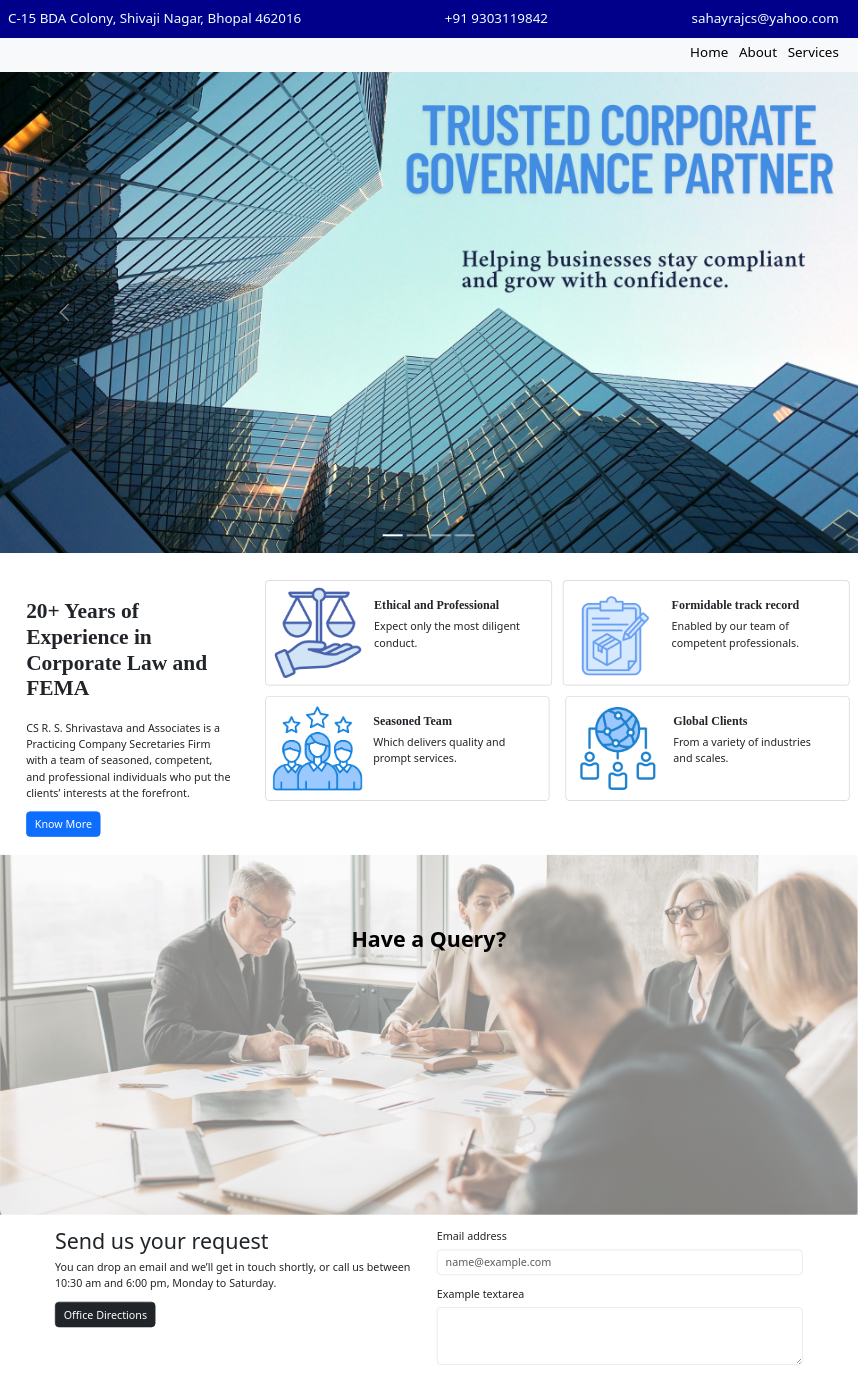
Repository: aayushiss/CS-RSS
Page: index.html
The author's editor kept a copy of each file at every save. The page is drawn from the files as they stood at one save, then again after the next save.
The browser window is 1280 px wide. The pictures show the whole page, at 67% of full size.

Above is the page before, as saved 2025-05-15 19:05:00.

### index.html
<!DOCTYPE html>
<html lang="en">

<head>
  <meta charset="UTF-8">
  <meta name="viewport" content="width=device-width, initial-scale=1.0">
  <title>R. S. Shrivastava</title>
  <link href="https://cdn.jsdelivr.net/npm/bootstrap@5.3.3/dist/css/bootstrap.min.css" rel="stylesheet"
    integrity="sha384-QWTKZyjpPEjISv5WaRU9OFeRpok6YctnYmDr5pNlyT2bRjXh0JMhjY6hW+ALEwIH" crossorigin="anonymous">
  <link rel="stylesheet" type="text/css" href="style.css">
</head>

<body>
  <nav class="navbar fixed-top custom-navbar">
    <div class="container-fluid d-flex justify-content-between">
      <a class="navbar-brand"
        href="https://www.google.com/maps/place/R+S+SHRIVASTAVA+%26+ASSOCIATES/@23.2288499,77.4244091,17z/data=!3m1!4b1!4m6!3m5!1s0x397c425fada83073:0xcb1e8ba90a487f4e!8m2!3d23.228845!4d77.426984!16s%2Fg%2F1td0r8v9?entry=ttu&g_ep=EgoyMDI1MDUxMi4wIKXMDSoASAFQAw%3D%3D"
        target="_blank">C-15 BDA Colony, Shivaji Nagar, Bhopal 462016</a>
      <a class="navbar-brand" href="" tel:+919303119842"">+91 9303119842</a>
      <a class="navbar-brand" href="mailto:sahayrajcs@yahoo.com">sahayrajcs@yahoo.com</a>
    </div>
  </nav>
  <div class="navbar-space"></div>

  <nav class="navbar sticky-top second-navbar bg-light">
    <div class="container-fluid d-flex justify-content-end">
      <a class="navbar-brand" href="#">Home</a>
      <a class="navbar-brand" href="about.html">About</a>
      <a class="navbar-brand" href="#">Services</a>
    </div>
  </nav>

  <!-- <div class="card text-bg-dark custom-card">
        <img src="images/haveAQuery.avif" class="card-img" alt="...">
        <div class="card-img-overlay">
          <h5 class="card-title">Have a Query?</h5>
          <p class="card-text">This is a wider card with supporting text below as a natural lead-in to additional content. This content is a little bit longer.</p>
          <p class="card-text"><small>Last updated 3 mins ago</small></p>
        </div>
      </div> -->

  <div id="carouselExampleCaptions" class="carousel slide">
    <div class="carousel-indicators">
      <button type="button" data-bs-target="#carouselExampleCaptions" data-bs-slide-to="0" class="active"
        aria-current="true" aria-label="Slide 1"></button>
      <button type="button" data-bs-target="#carouselExampleCaptions" data-bs-slide-to="1"
        aria-label="Slide 2"></button>
      <button type="button" data-bs-target="#carouselExampleCaptions" data-bs-slide-to="2"
        aria-label="Slide 3"></button>
      <button type="button" data-bs-target="#carouselExampleCaptions" data-bs-slide-to="3"
        aria-label="Slide 4"></button>
    </div>
    <div class="carousel-inner">
      <div class="carousel-item active">
        <img src="images/Trusted corporate governance partner.png" class="d-block w-100" alt="...">
        <div class="carousel-caption d-none d-md-block">
          <!-- <h5>First slide label</h5>
              <p>Some representative placeholder content for the first slide.</p> -->
        </div>
      </div>
      <div class="carousel-item">
        <img src="images/LegalConsultancy.png" class="d-block w-100" alt="...">
      </div>
      <div class="carousel-item">
        <img src="images/companyIncorporation.png" class="d-block w-100" alt="...">
      </div>
      <div class="carousel-item">
        <img src="images/annualFilingReturn.png" class="d-block w-100" alt="...">
      </div>
    </div>
    <button class="carousel-control-prev" type="button" data-bs-target="#carouselExampleCaptions" data-bs-slide="prev">
      <span class="carousel-control-prev-icon" aria-hidden="true"></span>
      <span class="visually-hidden">Previous</span>
    </button>
    <button class="carousel-control-next" type="button" data-bs-target="#carouselExampleCaptions" data-bs-slide="next">
      <span class="carousel-control-next-icon" aria-hidden="true"></span>
      <span class="visually-hidden">Next</span>
    </button>
  </div>
  <div class="container-fluid" style="margin-top: 40px;">

    <div class="row">
      <div class="col-auto" style="width: 30vw;">
        <div class="card" style="border-color: white;">
          <div class="card-body">
            <h5 class="card-title">20+ Years of
              Experience in Corporate Law and FEMA</h5>
            <p class="card-text" style="padding-top: 20px">CS R. S. Shrivastava and Associates is a Practicing Company
              Secretaries Firm with a team of seasoned, competent, and professional individuals who put the clients’
              interests at the forefront.</p>
            <a href="about.html" class="btn btn-primary">Know More</a>
          </div>
        </div>
      </div>
      <div class="col">
        <div class="row row-cols-2 g-3">
          <div class="col">
            <div class="card mb-3">
              <div class="row g-0">
                <div class="col-md-4">
                  <img src="images/8629542.png" class="img-fluid rounded-start" alt="...">
                </div>
                <div class="col-md-8">
                  <div class="card-body">
                    <h5 class="card-title">Ethical and Professional</h5>
                    <p class="card-text">Expect only the most diligent conduct.</p>
                  </div>
                </div>
              </div>
            </div>
          </div>
          <div class="col">
            <div class="card mb-3">
              <div class="row g-0">
                <div class="col-md-4">
                  <img src="images/16919209.png" class="img-fluid rounded-start" alt="...">
                </div>
                <div class="col-md-8">
                  <div class="card-body">
                    <h5 class="card-title">Formidable track record</h5>
                    <p class="card-text">Enabled by our team of competent professionals.</p>
                  </div>
                </div>
              </div>
            </div>
          </div>
        </div>
        <div class="row">
          <div class="col">
            <div class="card mb-3">
              <div class="row g-0">
                <div class="col-md-4">
                  <img src="images/images.png" class="img-fluid rounded-start" alt="...">
                </div>
                <div class="col-md-8">
                  <div class="card-body">
                    <h5 class="card-title">Seasoned Team
                    </h5>
                    <p class="card-text">Which delivers quality and prompt services.</p>
                  </div>
                </div>
              </div>
            </div>
          </div>
          <div class="col">
            <div class="card mb-3">
              <div class="row g-0">
                <div class="col-md-4">
                  <img src="images/11743537.png" class="img-fluid rounded-start" alt="...">
                </div>
                <div class="col-md-8">
                  <div class="card-body">
                    <h5 class="card-title">Global Clients
                    </h5>
                    <p class="card-text">From a variety of industries and scales.</p>
                  </div>
                </div>
              </div>
            </div>
          </div>
        </div>
      </div>
    </div>
  </div>

  <div class="position-relative text-center">
    <img src="images/haveAQuery.jpg" class="img-fluid" alt="..." style="opacity: .5;">
    <h2 class="position-absolute start-50 translate-middle-x text-black fw-bold" style="top: 20%;">
      Have a Query?
    </h2>
  </div>

  <div class="container-md" style="margin-top: 20px;">
    <div class="row">
      <div class="col">
        <h2>Send us your request</h2>
        <p>
          You can drop an email and we’ll get in touch shortly, or call us between 10:30 am and 6:00 pm, Monday to
          Saturday.
        </p>
        <div class="btn btn-dark">
          <a href="https://www.google.com/maps/place/R+S+SHRIVASTAVA+%26+ASSOCIATES/@23.2288499,77.4244091,17z/data=!3m1!4b1!4m6!3m5!1s0x397c425fada83073:0xcb1e8ba90a487f4e!8m2!3d23.228845!4d77.426984!16s%2Fg%2F1td0r8v9?entry=ttu&g_ep=EgoyMDI1MDUxMi4wIKXMDSoASAFQAw%3D%3D"
            style="color: white; text-decoration: none; padding-top: 20px;" target="_blank">Office Directions</a>
        </div>
      </div>
      <div class="col">
        <div class="mb-3">
          <label for="exampleFormControlInput1" class="form-label">Email address</label>
          <input type="email" class="form-control" id="exampleFormControlInput1" placeholder="name@example.com">
        </div>
        <div class="mb-3">
          <label for="exampleFormControlTextarea1" class="form-label">Example textarea</label>
          <textarea class="form-control" id="exampleFormControlTextarea1" rows="3"></textarea>
        </div>
      </div>
    </div>
  </div>

  <script src="https://cdn.jsdelivr.net/npm/bootstrap@5.3.3/dist/js/bootstrap.bundle.min.js"
    integrity="sha384-YvpcrYf0tY3lHB60NNkmXc5s9fDVZLESaAA55NDzOxhy9GkcIdslK1eN7N6jIeHz"
    crossorigin="anonymous"></script>
</body>

</html>

### style.css
.custom-navbar {
    background-color: darkblue;
}

.custom-navbar .navbar-brand {
    color: azure;
}

.navbar-space {
    margin-top: 50px;
}

.second-navbar .navbar-brand{
    color: black;
}

.custom-card{
    height: 25vh;
}

.custom-card .card-img{
    height: 100%;
    object-fit: cover;
}

.container-fluid .card{
    padding: 10px;
}
.container-fluid .card-title{
font-family: 'Times New Roman', Times, serif;
font-weight: bold;
font-size: xx-large;
}

.container-fluid .col-md-8 .card-title{
font-family: 'Times New Roman', Times, serif;
font-size: large;
}

After the next save:
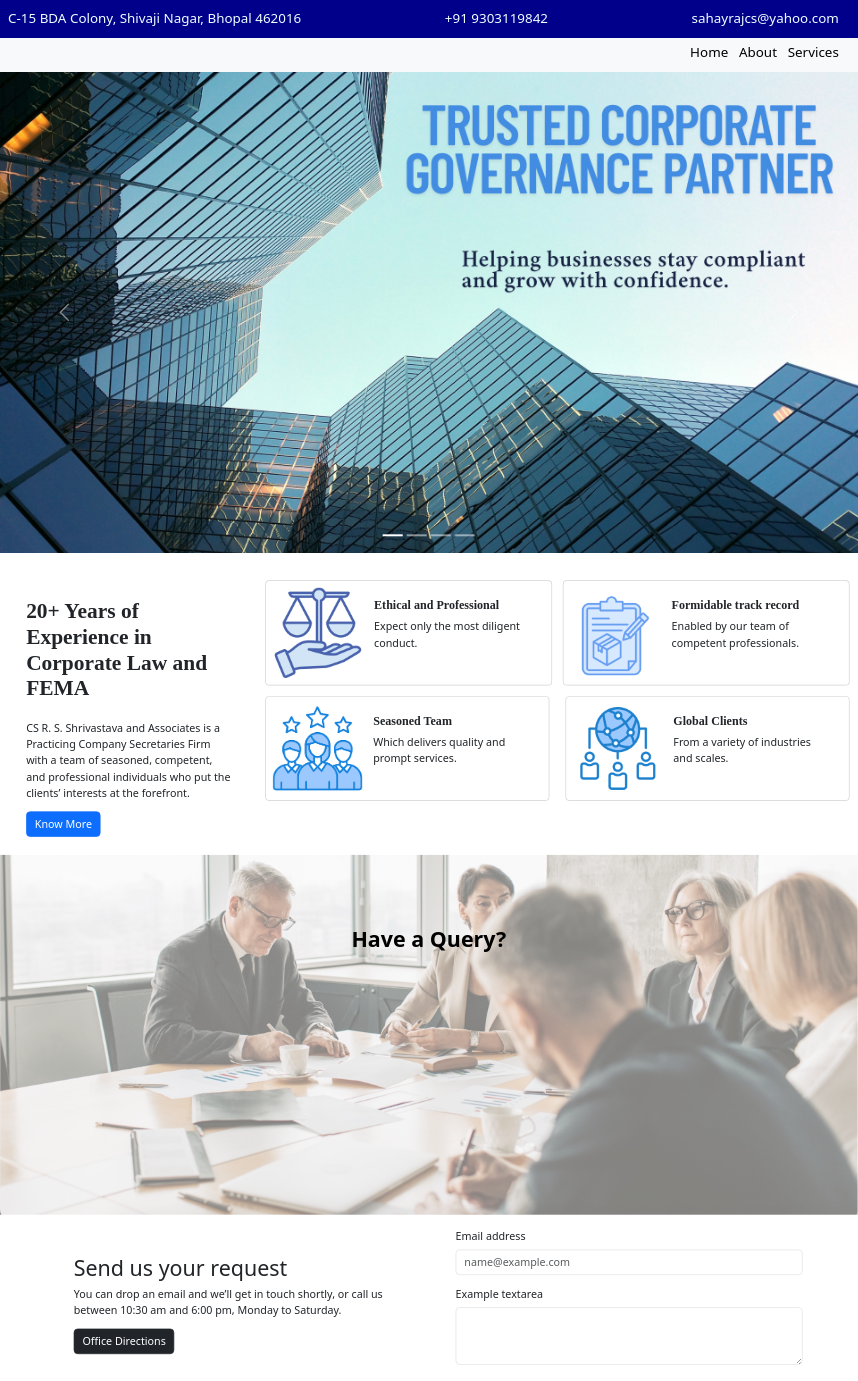
Saved 25 s later.
--- a/index.html
+++ b/index.html
@@ -172,7 +172,7 @@
 
   <div class="container-md" style="margin-top: 20px;">
     <div class="row">
-      <div class="col">
+      <div class="col" style="padding: 40px;">
         <h2>Send us your request</h2>
         <p>
           You can drop an email and we’ll get in touch shortly, or call us between 10:30 am and 6:00 pm, Monday to
